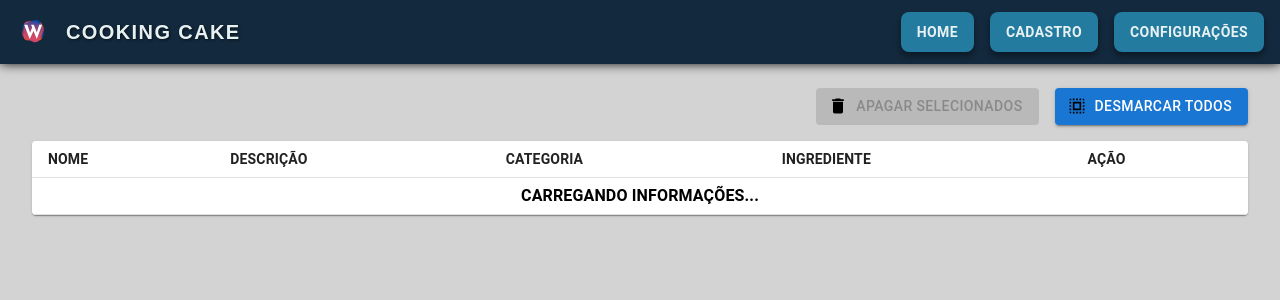
Repository: oZanella/projeto_windel_web_CRM
Page: /
The author's editor kept a copy of each file at every save. The page is drawn from the files as they stood at one save, then again after the next save.
The browser window is 1280 px wide. The pictures show the whole page.
The page's requests for data from a server got no answer. The project was rebuilt for these pictures with package versions that can differ from the ones it lists, and the page was loaded fresh each time. No one was signed in, and anything a server would have sent is missing. Also part of the build but not shown: vite.config.js, src/routes/Configuracoes.jsx. Imported but missing from the stored project, and not drawn on this page: src/routes/Cadastro.jsx.

Above is the page before, as saved 2024-08-19 09:27:52.

### index.html
<!doctype html>
<html lang="en">

<head>
  <meta charset="UTF-8" />
  <link rel="icon" type="image/svg+xml" href="./src/image/LogoWindel.svg" />
  <link rel="stylesheet" href="src/style/GlobalStyles.css" />
  <link href="https://fonts.googleapis.com/css2?family=Playfair+Display&display=swap" rel="stylesheet">

  <meta name="viewport" content="width=device-width, initial-scale=1.0" />
  <title>Projeto Teste - CRM </title>
</head>

<body>
  <div id="root"></div>
  <script type="module" src="/src/main.jsx"></script>
</body>

</html>

### src/style/GlobalStyles.css
:root {
  --click: #7fa8c4;
  --primary: #E8F1F2;
  --darkblue: #13293D;
  --secondary: #000000;
  --ligthblue: #1b98e0;
  --animation: #006494;
  --ligthkgrey: #D3D3D3;
  --blueceledron: #247ba0;
  --delete: #FF0000;
}

* {
    color: var(--secondary);
}

body {
  background-color: var(--ligthkgrey);
}

### src/main.jsx
import { createBrowserRouter, RouterProvider, Navigate } from "react-router-dom"
import { createRoot } from 'react-dom/client'
import { StrictMode } from 'react'
import { App } from './App.jsx'

import './style/GlobalStyles.css'

//páginas do projeto
import { Cadastro } from './routes/Cadastro.jsx'
import { Home } from './routes/Home.jsx'
import { Configuracoes } from './routes/configuracoes.jsx'

const router = createBrowserRouter([
  {
    element: <App />,
    children: [
      {
        path: '/',
        element: <Navigate to="/home" replace />,
      },
      {
        path: '/home',
        element: <Home />,
      },
      {
        path: '/cadastro',
        element: <Cadastro />,
      },
      {
        path: '/configuracoes',
        element: <Configuracoes />,
      },
    ],
  },
])

createRoot(document.getElementById('root')).render(
  <StrictMode>
    <RouterProvider router={router} />
  </StrictMode>,
)

### src/App.jsx
import { Header } from './components/Header'
import { Outlet } from 'react-router-dom'
import { Box } from '@mui/material'
import './style/GlobalStyles.css'

export function App() {
  return (
    <Box sx={{ p: { xs: 2, sm: 3 }, marginTop: { xs: 8, sm: 8 } }}>
      <Header />
      <Box>
        <Outlet />
      </Box>
    </Box>
  );
}

### src/routes/Home.jsx
import React, { useEffect, useState } from 'react';
import { Box, TextField, Button, Dialog, DialogActions, DialogContent, DialogTitle, Select, MenuItem, FormControl, InputLabel } from '@mui/material';

import { handleShowDetails, handleEdit, handleSave, handleInputChange } from '../components/Handle';
import { CardDados } from '../components/TableHome';

import { blogFetch } from '../axios/config';


export const Home = () => {
  const [posts, setPosts] = useState([]);
  const [selectInfo, setSelectInfo] = useState(null);
  const [modeEdit, setModeEdit] = useState(null);
  const [dataEdit, setDataEdit] = useState({});
  const [openAddDialog, setOpenAddDialog] = useState(false);
  const [newPost, setNewPost] = useState({ name: '', description: '', category: '' });

  const getPosts = async () => {
    try {
      const response = await blogFetch.get("/recipe");
      const uniqueData = response.data.filter((value, index, self) =>
        index === self.findIndex((t) => t.id === value.id)
      );
      setPosts(uniqueData); // Garante que não tenha dados duplicados
    } catch (error) {
      console.log(error);
    }
  };

  useEffect(() => {
    getPosts();
  }, []);

  const handleDelete = async (postId) => {
    try {
      await blogFetch.delete(`/recipe/${postId}`);
      setPosts(posts.filter(post => post.id !== postId));
      console.log('Post deletado com sucesso');
    } catch (error) {
      console.error('Erro ao deletar o post', error);
    }
  };

  const handleAddOpen = () => setOpenAddDialog(true);
  const handleAddClose = () => setOpenAddDialog(false);

  {/* API para envio do novo registro*/ }
  const handleAdd = async () => {
    try {
      const newPostFormatted = {
        name: newPost.name,
        description: newPost.description,
        ingredients: [],
        category: newPost.category,
        isFavorite: newPost.isFavorite
      };

      const response = await blogFetch.post("/recipe", newPostFormatted);
      setPosts([...posts, response.data]);
      setNewPost({ name: '', description: '', category: '', isFavorite: false });
      handleAddClose();
      console.log('Post adicionado com sucesso');
    } catch (error) {
      console.error('Erro ao adicionar o post', error);
    }
  };

  return (
    <Box>
      {/* Dados para Adicionar Novo Registro */}
      <Dialog open={openAddDialog} onClose={handleAddClose}>
        <DialogTitle>Adicionar Novo Registro</DialogTitle>
        <DialogContent>
          <TextField
            name="name"
            label="Nome"
            value={newPost.name}
            onChange={(e) => setNewPost({ ...newPost, name: e.target.value })}
            fullWidth
            sx={{ marginBottom: 2 }}
          />
          <TextField
            name="description"
            label="Descrição"
            value={newPost.description}
            onChange={(e) => setNewPost({ ...newPost, description: e.target.value })}
            fullWidth
            sx={{ marginBottom: 2 }}
          />
          <TextField
            name="category"
            label="Categoria"
            value={newPost.category}
            onChange={(e) => setNewPost({ ...newPost, category: e.target.value })}
            fullWidth
            sx={{ marginBottom: 2 }}
          />
          <FormControl fullWidth sx={{ marginBottom: 2 }}>
            <InputLabel>Favorito</InputLabel>
            <Select
              name="isFavorite"
              value={newPost.isFavorite}
              onChange={(e) => setNewPost({ ...newPost, isFavorite: e.target.value })}
              label="Favorito"
            >
              <MenuItem value={true}>Sim</MenuItem>
              <MenuItem value={false}>Não</MenuItem>

            </Select>
          </FormControl>
        </DialogContent>
        <DialogActions>
          <Button onClick={handleAddClose}>Cancelar</Button>
          <Button onClick={handleAdd}>Adicionar</Button>
        </DialogActions>
      </Dialog>

      <CardDados
        posts={posts}
        handleDelete={handleDelete}
        handleEdit={handleEdit}
        handleSave={handleSave}
        modeEdit={modeEdit}
        setModeEdit={setModeEdit}
        dataEdit={dataEdit}
        setDataEdit={setDataEdit}
        handleInputChange={handleInputChange}
        selectInfo={selectInfo}
        setSelectInfo={setSelectInfo}
        handleShowDetails={handleShowDetails}
      />
    </Box>
  );
};

### src/components/Header.jsx
import { AppBar, Toolbar, Typography, Box, Button, IconButton } from '@mui/material';
import Logo from '../image/LogoWindel.svg';
import { Link } from 'react-router-dom';
import React from 'react';

export const Header = () => {
  return (

    // Header fundo 1 //
    <AppBar
      position="fixed"
      sx={{
        width: '100%',
        boxShadow: '0px 0.01px 11px var(--secondary)',
        top: 0,
        left: 0,
      }}
    >

      {/* Header fundo 2 */}
      <Toolbar
        sx={{
          display: 'flex',
          alignItems: 'center',
          padding: { xs: '0px', sm: '0px' },
          justifyContent: 'space-between',
          height: '64px',
          minHeight: '64px',
          backgroundColor: 'var(--darkblue)',
          boxSizing: 'border-box',
        }}
      >
        {/* Logo da principal */}
        <IconButton
          to={`/home`}
          edge="start"
          sx={{
            ml: { xs: 0 },
            cursor: 'default',
          }}
          component={Link}
          aria-label="logo"
        >
          <img src={Logo} alt="Logo" style={{ width: '50px', height: '40px' }} />
        </IconButton>

        {/* Titulo da pagina */}
        <Typography
          variant="h6"
          sx={{
            display: { xs: 'none', sm: 'block' },
            color: 'var(--primary)',
            fontWeight: 'bold',
            letterSpacing: '0.07em',
            textTransform: 'uppercase',                 //text em maiusculo
            textShadow: '1px 1px 3px rgba(0,0,0,0.6)',
            fontFamily: 'Arial, serif',
            flexGrow: 1,
          }}
        >
          Cooking Cake
        </Typography>

        {/* Botões da direita */}
        <Box
          sx={{
            mr: { xs: 0, sm: 2 },
            gap: 2,
            display: 'flex',
            alignItems: 'center',
            flexGrow: { xs: 1, sm: 0 },
            justifyContent: { xs: 'center' },
            '& .MuiButton-root': {
              backgroundColor: 'var(--blueceledron)',
              color: 'var(--primary)',
              borderRadius: '8px',
              boxShadow: '0 4px 6px rgba(0, 0, 0, 0.4)',
              padding: '8px 16px',
              fontWeight: 'bold',
              textTransform: 'uppercase',
              transition: 'background-color 0.3s, transform 0.3s',

              // Animação
              '&:hover': {
                backgroundColor: 'var(--animation)',
                transform: 'scale(1.07)',
              },
              '&:active': {
                backgroundColor: 'var(--click)',
              },
            },
          }}
        >
          <Button variant="contained" component={Link} to={`/home`}>Home</Button>
          <Button variant="contained" component={Link} to={`/cadastro`}>Cadastro</Button>
          <Button variant="contained" component={Link} to={`/configuracoes`}>Configurações</Button>
        </Box>
      </Toolbar>
    </AppBar>
  );
};

### src/components/Handle.jsx

import { blogFetch } from '../axios/config';


export const handleShowDetails = (post, setSelectInfo, selectInfo) => {
  if (selectInfo?.id === post.id) {
    setSelectInfo(null); // Fecha se já estiver aberto
  } else {
    setSelectInfo(post); // Abre o post atual
  }
};

export const handleEdit = (post, setModeEdit, setDataEdit) => {
  setModeEdit(post.id);
  setDataEdit(post);
};

//continua com erro, verificar!!
export const handleSave = async (postId, updateData) => {
  try {
    // Envie uma requisição PUT ou POST para salvar os dados atualizados
    const response = await blogFetch.put(`/blogFetch/posts/${postId}`, updateData);
    console.log('Dados salvos com sucesso', response.data);

  } catch (error) {
    console.error('Erro de API', error);
  }
};

export const handleInputChange = (e, setDataEdit) => {
  setDataEdit(prevDataEdit => ({ ...prevDataEdit, [e.target.name]: e.target.value }));
};

### src/components/TableHome.jsx
import React, { useState, useEffect } from 'react';
import {
  Table, TableBody, TableCell, TableContainer, TableHead, TableRow, Typography, Box, Button, IconButton, TextField, Dialog, DialogContent, DialogActions, FormControlLabel, Switch, Chip, Paper, Checkbox
} from '@mui/material';
import EditIcon from '@mui/icons-material/Edit';
import SaveIcon from '@mui/icons-material/Save';
import AddIcon from '@mui/icons-material/Add';
import CloseIcon from '@mui/icons-material/Close';
import DeleteIcon from '@mui/icons-material/Delete';
import SelectAllIcon from '@mui/icons-material/SelectAll';
import axios from 'axios';

const API_BASE_URL = 'https://teste-tecnico-front-api.up.railway.app';

export const CardDados = ({
  posts, setPosts, handleDelete
}) => {
  const [openModal, setOpenModal] = useState(false);
  const [currentPost, setCurrentPost] = useState(null);
  const [dataEdit, setDataEdit] = useState({});
  const [newIngredient, setNewIngredient] = useState('');
  const [selectedPosts, setSelectedPosts] = useState([]);

  useEffect(() => {
    if (currentPost) {
      setDataEdit({ ...currentPost });
    }
  }, [currentPost]);

  const handleEditOpen = (post) => {
    setCurrentPost(post);
    setOpenModal(true);
  };

  const handleEditClose = () => {
    setOpenModal(false);
    setCurrentPost(null);
    setNewIngredient('');
  };

  const handleSaveModal = async () => {
    if (currentPost) {
      try {
        await axios.put(`${API_BASE_URL}/posts/${currentPost.id}`, dataEdit);
        const response = await axios.get(`${API_BASE_URL}/posts`);
        setPosts(response.data);
        handleEditClose();
      } catch (error) {
        console.error('Error ao salvar:', error);
      }
    }
  };

  const handleAddIngredient = () => {
    if (newIngredient.trim() !== '') {
      setDataEdit((prevData) => ({
        ...prevData,
        ingredients: [...(prevData.ingredients || []), newIngredient.trim()],
      }));
      setNewIngredient('');
    }
  };

  const handleRemoveIngredient = (ingredientToRemove) => {
    setDataEdit((prevData) => ({
      ...prevData,
      ingredients: (prevData.ingredients || []).filter((ingredient) => ingredient !== ingredientToRemove),
    }));
  };

  const handleSelectAll = () => {
    if (selectedPosts.length === posts.length) {
      setSelectedPosts([]); // Deselect all
    } else {
      setSelectedPosts(posts.map(post => post.id)); // Select all
    }
  };

  const handleDeleteSelected = async () => {
    try {
      await Promise.all(selectedPosts.map(id => axios.delete(`${API_BASE_URL}/posts/${id}`)));
      const response = await axios.get(`${API_BASE_URL}/posts`);
      setPosts(response.data);
      setSelectedPosts([]);
    } catch (error) {
      console.error('Error ao apagar os registros:', error);
    }
  };

  const handleSelectPost = (id) => {
    setSelectedPosts(prevSelected =>
      prevSelected.includes(id)
        ? prevSelected.filter(postId => postId !== id)
        : [...prevSelected, id]
    );
  };

  return (
    <>
      <Box sx={{ display: 'flex', justifyContent: 'flex-end', mb: 2 }}>
        <Button
          variant="contained"
          color="error"
          startIcon={<DeleteIcon />}
          onClick={handleDeleteSelected}
          disabled={selectedPosts.length === 0}
          sx={{ marginRight: 2 }}
        >
          Apagar Selecionados
        </Button>
        <Button
          variant="contained"
          color="primary"
          startIcon={<SelectAllIcon />}
          onClick={handleSelectAll}
        >
          {selectedPosts.length === posts.length ? 'Desmarcar Todos' : 'Selecionar Todos'}
        </Button>
      </Box>

      {/* Tabela aonde aparece os dados */}
      <TableContainer component={Paper} sx={{ overflowX: 'auto' }}>
        <Table size='small'>
          <TableHead>
            <TableRow>
              <TableCell sx={{ fontWeight: 'bold', textTransform: 'uppercase' }}>Nome</TableCell>
              <TableCell sx={{ fontWeight: 'bold', textTransform: 'uppercase' }}>Descrição</TableCell>
              <TableCell sx={{ fontWeight: 'bold', textTransform: 'uppercase' }}>Categoria</TableCell>
              <TableCell sx={{ fontWeight: 'bold', textTransform: 'uppercase' }}>Ingrediente</TableCell>
              <TableCell sx={{ fontWeight: 'bold', textTransform: 'uppercase' }}>Ação</TableCell>
            </TableRow>
          </TableHead>
          <TableBody>
            {posts.length === 0 ? (
              <TableRow>
                <TableCell colSpan={5} align="center">
                  <Typography variant="body1" sx={{ fontWeight: 'bold', textTransform: 'uppercase' }}>Carregando informações...</Typography>
                </TableCell>
              </TableRow>
            ) : (
              posts.map((post) => (
                <TableRow sx={{ height: 'auto' }} key={post.id}>
                  <TableCell sx={{ padding: '8px' }}>
                    {post.name}
                  </TableCell>
                  <TableCell sx={{ padding: '8px' }}>{post.description}</TableCell>
                  <TableCell sx={{ padding: '8px' }}>{post.category}</TableCell>

                  <TableCell sx={{ padding: '8px' }}>
                    <Box sx={{
                      display: 'flex',
                      flexWrap: 'wrap',
                      overflowX: 'auto',
                      gap: 1,
                      width: '100%',
                    }}>
                      {post.ingredients && post.ingredients.length > 0 ? (
                        post.ingredients.map((ingredient) => (
                          <Box
                            key={ingredient.id}
                            sx={{
                              display: 'flex',
                              flexDirection: 'column',
                              alignItems: 'flex-start',
                              marginRight: 1,
                              marginBottom: 1,
                            }}
                          >
                            <Typography variant="body1">{ingredient.name}</Typography>
                            <Typography variant="body2" color="textSecondary">
                              Quantidade: {ingredient.quantity}
                            </Typography>
                          </Box>
                        ))
                      ) : (
                        <Typography variant="body2">Nenhum ingrediente disponível</Typography>
                      )}
                    </Box>
                  </TableCell>

                  <TableCell>
                    <Box sx={{ display: 'flex', alignItems: 'center' }}>
                      <Checkbox
                        checked={selectedPosts.includes(post.id)}
                        onChange={() => handleSelectPost(post.id)}
                        color="primary"
                      />
                      <IconButton
                        color="primary"
                        onClick={() => handleEditOpen(post)}
                        sx={{ mr: 1 }}
                      >
                        <EditIcon />
                      </IconButton>
                      <IconButton
                        color="error"
                        onClick={() => handleDelete(post.id)}
                      >
                        <DeleteIcon />
                      </IconButton>
                    </Box>
                  </TableCell>
                </TableRow>
              ))
            )}
          </TableBody>
        </Table>
      </TableContainer>

      {/* Modal de edição */}
      <Dialog open={openModal} onClose={handleEditClose} fullWidth maxWidth="sm">
        <DialogContent>
          {currentPost && (
            <Box component="form" sx={{ display: 'flex', flexDirection: 'column', gap: 2 }}>
              <TextField
                name="name"
                label="Nome"
                value={dataEdit.name || ''}
                onChange={(e) => setDataEdit({ ...dataEdit, name: e.target.value })}
                fullWidth
                sx={{ marginBottom: 2 }}
              />
              <TextField
                name="description"
                label="Descrição"
                value={dataEdit.description || ''}
                onChange={(e) => setDataEdit({ ...dataEdit, description: e.target.value })}
                fullWidth
                sx={{ marginBottom: 2 }}
              />
              <TextField
                name="category"
                label="Categoria"
                value={dataEdit.category || ''}
                onChange={(e) => setDataEdit({ ...dataEdit, category: e.target.value })}
                fullWidth
                sx={{ marginBottom: 2 }}
              />
              <FormControlLabel
                control={
                  <Switch
                    checked={dataEdit.isFavorite || false}
                    onChange={(e) => setDataEdit({ ...dataEdit, isFavorite: e.target.checked })}
                    name="isFavorite"
                    color="primary"
                  />
                }
                label="Favorito"
                sx={{ marginTop: 1 }}
              />
              <Box sx={{ marginTop: 2 }}>
                <Typography variant="h6" sx={{ mb: 1 }}>Ingredientes</Typography>
                {dataEdit.ingredients && dataEdit.ingredients.map((ingredient, index) => (
                  <Chip
                    key={index}
                    label={`${ingredient.name} (${ingredient.quantity})`}
                    onDelete={() => handleRemoveIngredient(ingredient)}
                    sx={{ marginRight: 1, marginBottom: 1 }}
                    deleteIcon={<CloseIcon />}
                  />
                ))}
                <Box sx={{ display: 'flex', alignItems: 'center', mt: 2 }}>
                  <TextField
                    value={newIngredient}
                    onChange={(e) => setNewIngredient(e.target.value)}
                    label="Novo ingrediente"
                    variant="outlined"
                    size="small"
                    sx={{ marginRight: 1 }}
                  />
                  <Button
                    variant="contained"
                    color="primary"
                    onClick={handleAddIngredient}
                    startIcon={<AddIcon />}
                  >
                    Adicionar
                  </Button>
                </Box>
              </Box>
            </Box>
          )}
        </DialogContent>
        <DialogActions>
          <Button onClick={handleEditClose} color="inherit">
            Cancelar
          </Button>
          <Button
            onClick={handleSaveModal}
            color="primary"
            variant="contained"
            startIcon={<SaveIcon />}
          >
            Salvar
          </Button>
        </DialogActions>
      </Dialog>
    </>
  );
};

### src/axios/config.jsx
// src/axios/config.js
import axios from 'axios';

export const blogFetch = axios.create({
  baseURL: 'https://teste-tecnico-front-api.up.railway.app',
  headers: {
    'Content-Type': 'application/json',
  },
});

After the next save:
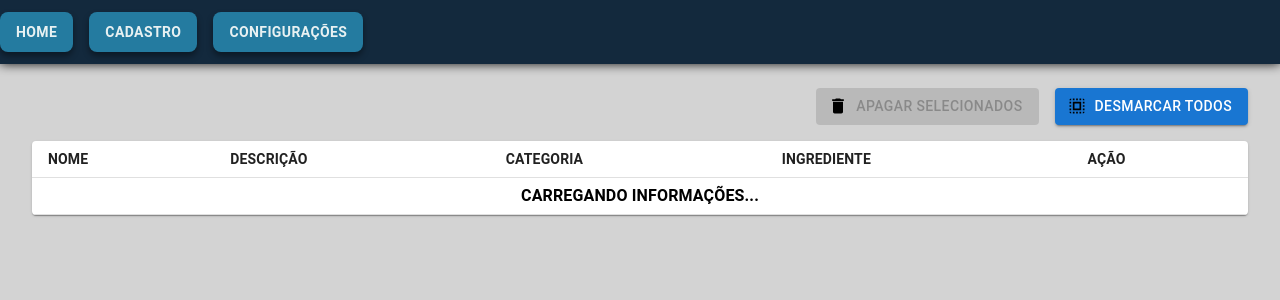
Saved 66 s later.
--- a/src/components/Header.jsx
+++ b/src/components/Header.jsx
@@ -31,35 +31,7 @@
         }}
       >
         {/* Logo da principal */}
-        <IconButton
-          to={`/home`}
-          edge="start"
-          sx={{
-            ml: { xs: 0 },
-            cursor: 'default',
-          }}
-          component={Link}
-          aria-label="logo"
-        >
-          <img src={Logo} alt="Logo" style={{ width: '50px', height: '40px' }} />
-        </IconButton>
 
-        {/* Titulo da pagina */}
-        <Typography
-          variant="h6"
-          sx={{
-            display: { xs: 'none', sm: 'block' },
-            color: 'var(--primary)',
-            fontWeight: 'bold',
-            letterSpacing: '0.07em',
-            textTransform: 'uppercase',                 //text em maiusculo
-            textShadow: '1px 1px 3px rgba(0,0,0,0.6)',
-            fontFamily: 'Arial, serif',
-            flexGrow: 1,
-          }}
-        >
-          Cooking Cake
-        </Typography>
 
         {/* Botões da direita */}
         <Box
